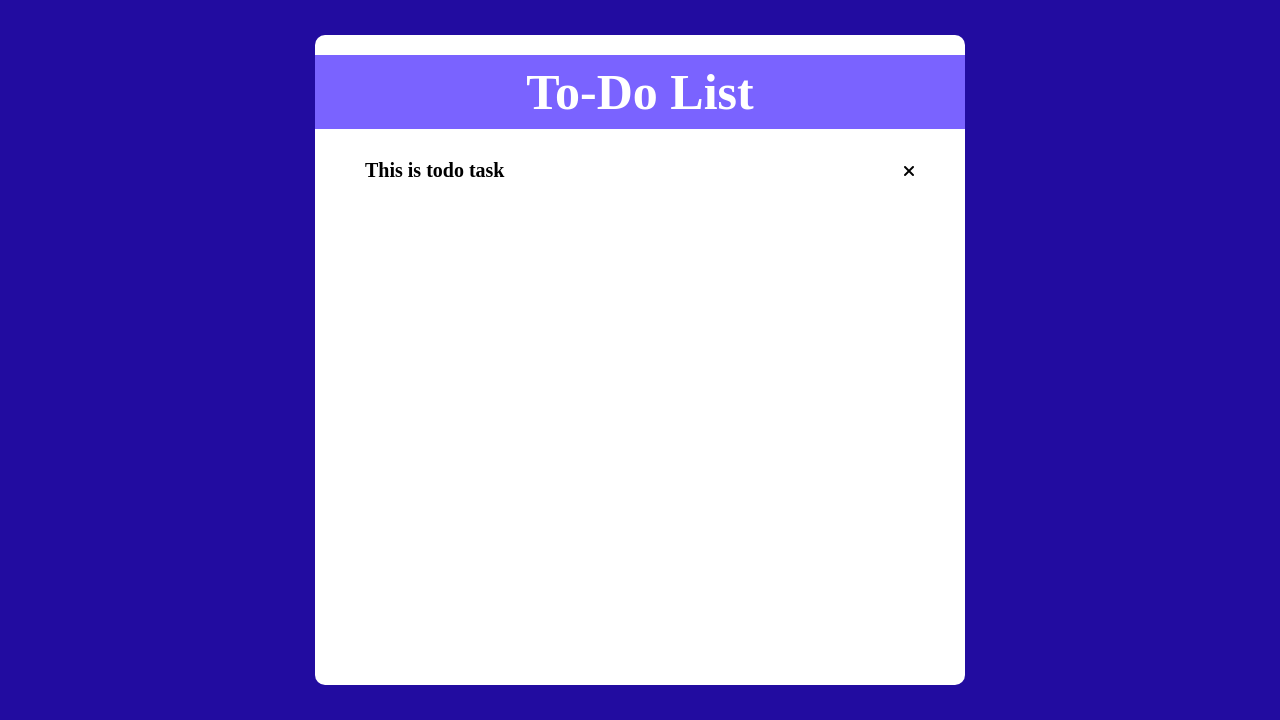
Repository: AliHassan02-Dev/To-Do-App
Page: /
The author's editor kept a copy of each file at every save. The page is drawn from the files as they stood at one save, then again after the next save.
The browser window is 1280 px wide. The pictures show the whole page.
Some web libraries are served in a nearby version. The project was rebuilt for these pictures with package versions that can differ from the ones it lists, and the page was loaded fresh each time. Also part of the build but not shown: vite.config.js.

Above is the page before, as saved 2024-10-28 11:42:56.

### src/App.css
* {
  margin: 0;
  padding: 0;
  box-sizing: border-box;
  font-family: poppins;
}

.mainWrapper {
  width: 100%;
  height: 100vh;
  background-color: rgb(34, 12, 160);
  display: flex;
  justify-content: center;
  flex-direction: column;
}

.mainWrapper .container {
  width: 100%;
  max-width: 650px;
  height: 650px;
  background-color: white;
  margin: auto;
  border-radius: 10px;
}

.mainWrapper .container .topBar {
  margin: 20px 0px;
}

.mainWrapper .container .topBar h2 {
  width: 100%;
  text-align: center;
  background-color: rgb(122, 99, 255);
  font-size: 50px;
  padding: 8px;
  color: white;
}

.mainWrapper .container .bottomBar {
  margin: 20px 0px;
  padding: 10px 50px;
}

.mainWrapper .container .bottomBar ol {
  list-style-type: none;
}

.mainWrapper .container .bottomBar .taskList {
  width: 100%;
  flex-wrap: nowrap;
  display: flex;
  justify-content: space-between;
  align-items: center;
}

.mainWrapper .container .bottomBar .taskList li {
  font-size: 20px;
  font-weight: 600;
}

### src/App.jsx
import React from "react";

const App = () => {
  return (
    <div className="mainWrapper">
      <div className="container">
        <div className="topBar">
          <h2>To-Do List</h2>
        </div>
        <div className="bottomBar">
          <ol>
            <div className="taskList">
              <li>This is todo task</li>
              <span class="fa-solid fa-xmark"></span>
            </div>
          </ol>
        </div>
      </div>
    </div>
  );
};

export default App;

Loaded but not shown: index.html (common file); src/main.jsx (common file)

After the next save:
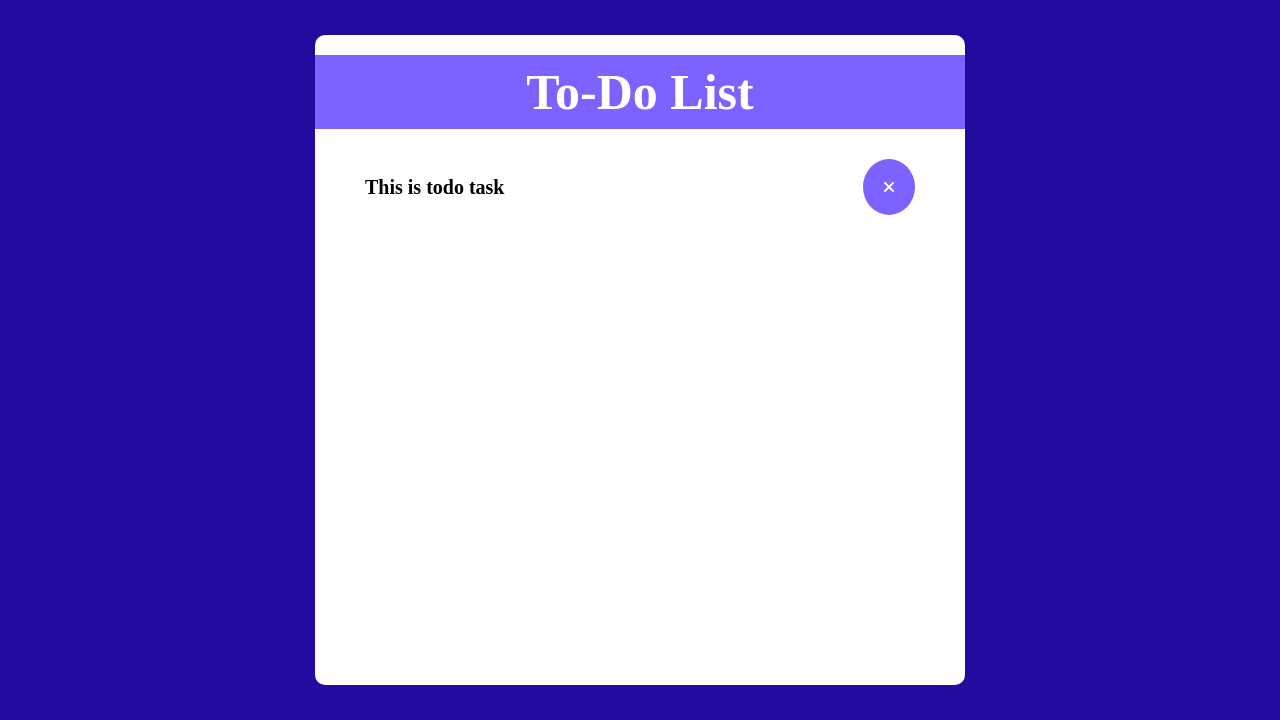
Saved 32 s later.
--- a/src/App.css
+++ b/src/App.css
@@ -57,3 +57,10 @@
   font-size: 20px;
   font-weight: 600;
 }
+
+.mainWrapper .container .bottomBar .taskList span {
+  color: white;
+  background-color: rgb(122, 99, 255);
+  padding: 20px;
+  border-radius: 100%;
+}
